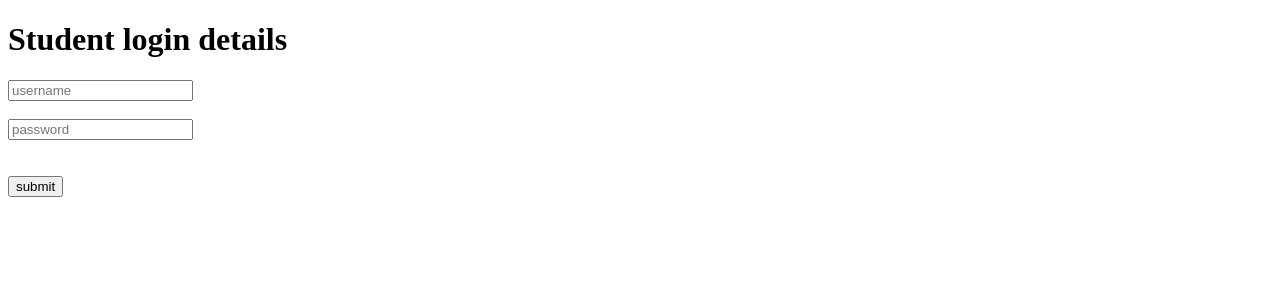
Repository: VIJAYkollu-7568/rakhi
Page: ServletProject/src/main/webapp/LOGINFORM.html
The author's editor kept a copy of each file at every save. The page is drawn from the files as they stood at one save, then again after the next save.
The browser window is 1280 px wide. The pictures show the whole page.

Above is the page before, as saved 2024-11-04 04:07:34.

### ServletProject/src/main/webapp/LOGINFORM.html

<!DOCTYPE html>
<html>
<head>
<meta charset="UTF-8">
<title>student login</title>
</head>
<body>
<div class="container">
<h1>Student login details</h1>

<form action="Login">

<input type="text" placeholder="username" name="username" required><br>
<br>

<input type="password"   placeholder="password"name="password" required><br>
<br>
<br>
<input type="submit" value="submit">

</form>
</div>
</body>
</html>

After the next save:
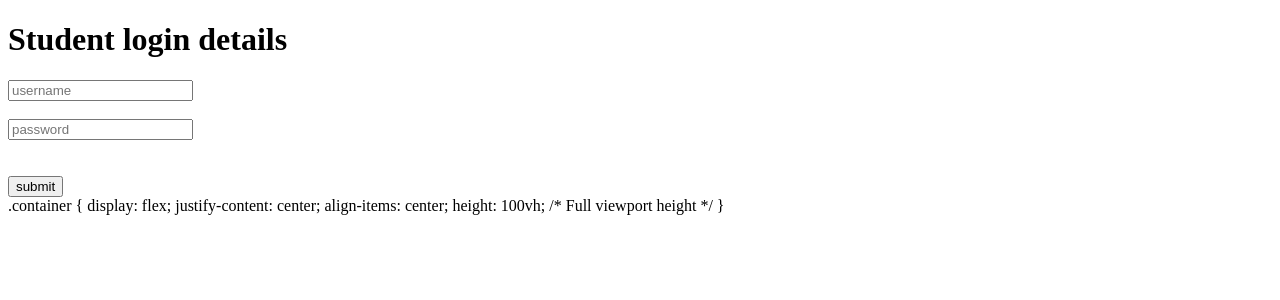
Saved 12 s later.
--- a/ServletProject/src/main/webapp/LOGINFORM.html
+++ b/ServletProject/src/main/webapp/LOGINFORM.html
@@ -23,3 +23,10 @@
 </div>
 </body>
 </html>
+
+.container {
+  display: flex;
+  justify-content: center;
+  align-items: center;
+  height: 100vh; /* Full viewport height */
+}

After the save that followed:
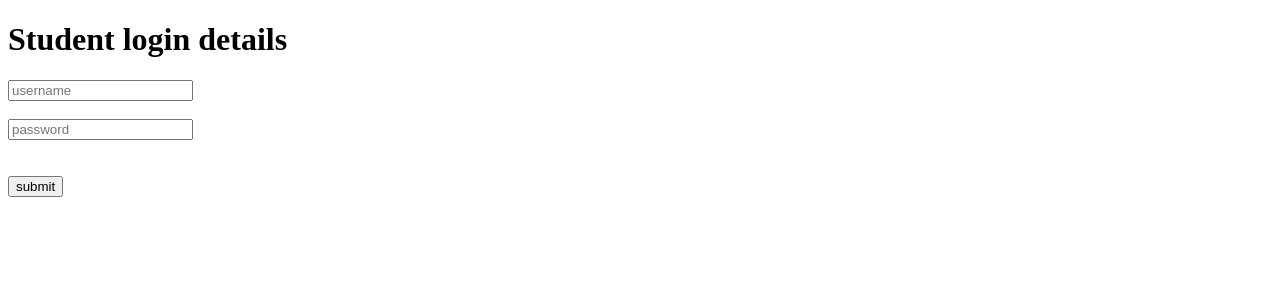
Saved 101 s later.
--- a/ServletProject/src/main/webapp/LOGINFORM.html
+++ b/ServletProject/src/main/webapp/LOGINFORM.html
@@ -23,10 +23,3 @@
 </div>
 </body>
 </html>
-
-.container {
-  display: flex;
-  justify-content: center;
-  align-items: center;
-  height: 100vh; /* Full viewport height */
-}
